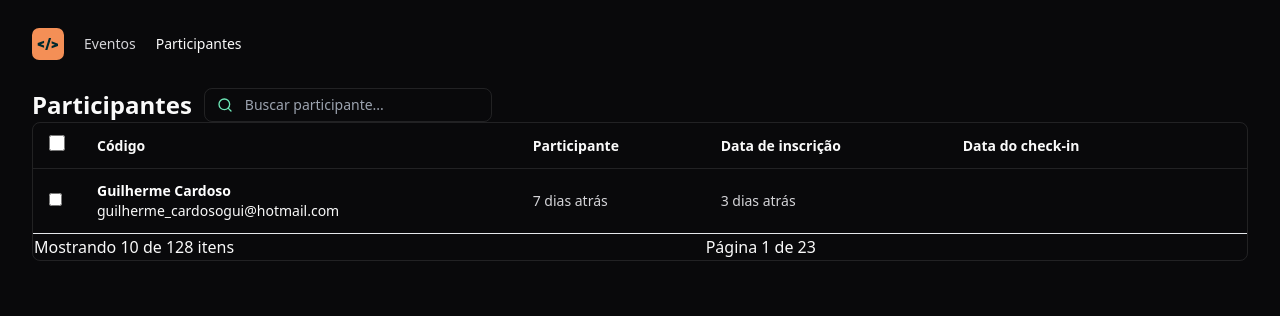
Repository: guilhermecardoso93/nlw-unite-react-2024
Page: /
An editor plug-in stored every save of this project. The page is shown before and after the next save, followed by the edit.
The browser window is 1280 px wide. The pictures show the whole page.
The project was rebuilt for these pictures with package versions that can differ from the ones it lists, and the page was loaded fresh each time. Also part of the build but not shown: vite.config.ts.

Above is the page before, as saved 2024-04-01 21:53:14.

After the next save:
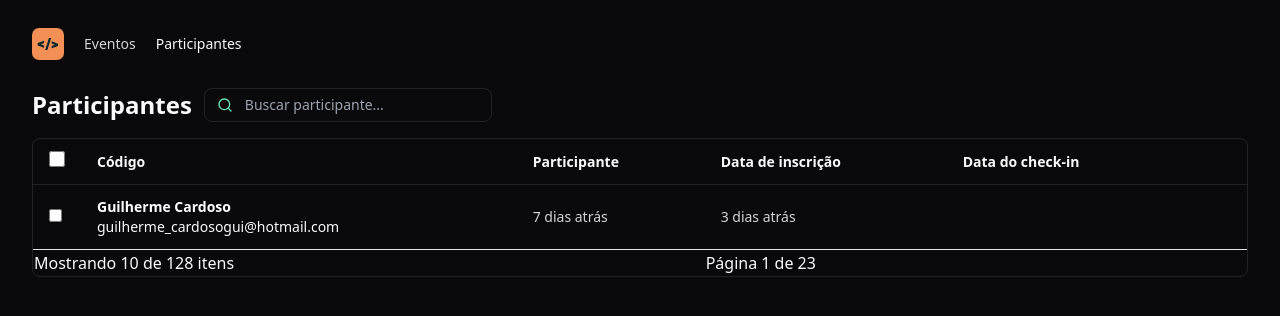
Saved 20 s later.
--- a/src/components/attendee-list.tsx
+++ b/src/components/attendee-list.tsx
@@ -4,7 +4,7 @@ import { Search } from "lucide-react";
 
 export function AttendeeList() {
   return (
-    <div>
+    <div className="flex flex-col gap-4">
       <div className="flex gap-3 items-center">
         <h1 className="text-2xl font-bold">Participantes</h1>
         <div className="px-3 py-1.5 border border-white/10 rounded-lg text-sm w-72 flex items-center gap-3">
@@ -54,7 +54,9 @@ export function AttendeeList() {
               </td>
               <td className="py-3 px-4 text-sm">
                 <div className="flex flex-col ga-1">
-                  <span className="font-semibold text-white">Guilherme Cardoso</span>
+                  <span className="font-semibold text-white">
+                    Guilherme Cardoso
+                  </span>
                   <span>guilherme_cardosogui@hotmail.com</span>
                 </div>
               </td>
